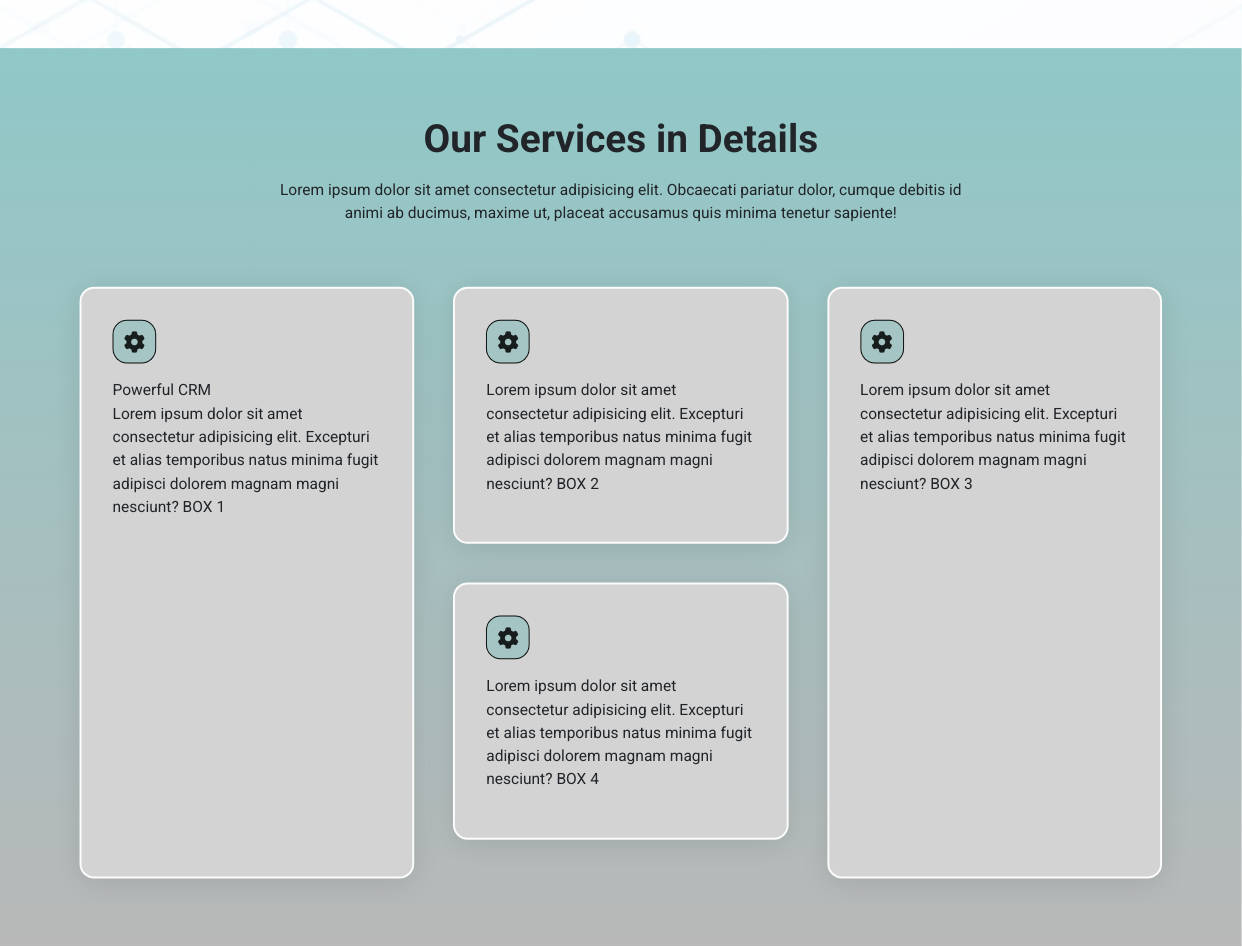
Repository: nazmulalok/landing-page-angelio
Page: index.html
The author's editor kept a copy of each file at every save. The page is drawn from the files as they stood at one save, then again after the next save.
The browser window is 1280 px wide. The pictures show the part of the page from y = 2012 to 2988 px (the page is 2988 px tall), at 97% of full size.
A picture or video elsewhere on the page could not be fetched, so the positions and the page height are approximate.

Above is the page before, as saved 2022-09-18 21:01:16.

### index.html
<!DOCTYPE html>
<html lang="en">

    <head>
        <meta charset="UTF-8">
        <meta http-equiv="X-UA-Compatible" content="IE=edge">
        <meta name="viewport" content="width=device-width, initial-scale=1.0">
        <title>Landing Page</title>
        <link rel="preconnect" href="https://fonts.googleapis.com">
        <link rel="preconnect" href="https://fonts.gstatic.com" crossorigin>
        <link rel="stylesheet" href="https://cdnjs.cloudflare.com/ajax/libs/font-awesome/6.2.0/css/all.min.css"
            integrity="sha512-xh6O/CkQoPOWDdYTDqeRdPCVd1SpvCA9XXcUnZS2FmJNp1coAFzvtCN9BmamE+4aHK8yyUHUSCcJHgXloTyT2A=="
            crossorigin="anonymous" referrerpolicy="no-referrer" />
        <link
            href="https://fonts.googleapis.com/css2?family=Roboto:ital,wght@0,300;0,400;0,500;0,700;0,900;1,300;1,400;1,500;1,700;1,900&display=swap"
            rel="stylesheet">
        <link href="https://cdn.jsdelivr.net/npm/bootstrap@5.2.0/dist/css/bootstrap.min.css" rel="stylesheet"
            integrity="sha384-gH2yIJqKdNHPEq0n4Mqa/HGKIhSkIHeL5AyhkYV8i59U5AR6csBvApHHNl/vI1Bx" crossorigin="anonymous">
        <link rel="stylesheet" href="style.css">
    </head>

    <body>
        <header>
            <nav>
                <div class="container">
                    <div class="row align-items-center">
                        <div class="col-lg-3">
                            <div class="logo">
                                <a href="/"><img src="images/angelio-logo.png" alt="Angelio Logo" width="250"
                                        height="66"></a>
                            </div>
                        </div>
                        <div class="col-lg-9 d-flex justify-content-end">
                            <ul>
                                <li><a href="/">Home</a></li>
                                <li><a href="/services.html">Services</a></li>
                                <li><a href="/about-us.html">About Us</a></li>
                                <li><a href="/contact.html">Contact</a></li>
                                <li class="nav-cta"><a href="tel:000-000-0000">Call Us</a></li>
                            </ul>
                        </div>
                    </div>
                </div>
            </nav>
        </header>
        <section class="sec-padding banner-sec">
            <div class="container">
                <div class="row align-items-center">
                    <div class="col-lg-7 order-lg-last">
                        <img src="images/angelio-digital-marketing.png" alt="">
                    </div>
                    <div class="col-lg-5">
                        <div class="large-heading">We Work in <span class="color-text">Digital</span> Way</div>
                        <p>Lorem, ipsum dolor sit amet consectetur adipisicing elit. Necessitatibus fuga alias deleniti
                            veniam at aspernatur.</p>
                        <div class="d-flex align-items-center mt-5"><a href="/contact-us" class="main-btn me-5">Get
                                Estimate</a>
                            <a href="/contact-us" class="play-btn"><i class="fas fa-play me-3"></i>Request Demo</a>
                        </div>
                    </div>
                </div>
            </div>
        </section>
        <section class="sec-padding">
            <div class="container">
                <div class="row justify-content-center">
                    <div class="col-md-8">
                        <div class="text-center">
                            <h1>
                                Our Best Digital Marketing Service
                            </h1>
                            <p>Lorem ipsum, dolor sit amet consectetur adipisicing elit. Placeat sunt
                                libero
                                tempore? Sed obcaecati a voluptate voluptates nam. Expedita, incidunt?</p>
                        </div>
                    </div>
                </div>
                <div class="row align-items-center mt-5">
                    <div class="col-lg-3">
                        <div class="service-box">
                            <div class="service-icon">
                                <img src="images/content-marketing.png" alt="Content Marketing">
                            </div>
                            <div class="service-content">
                                <a href="#">Content Marketing</a>
                                <p>Lorem ipsum dolor sit amet consectetur adipisicing elit. Fugiat, earum!</p>
                            </div>
                        </div>
                    </div>
                    <div class="col-lg-3">
                        <div class="service-box">
                            <div class="service-icon">
                                <img src="images/social-marketing.png" alt="Social Marketing">
                            </div>
                            <div class="service-content">
                                <a href="#">Social Marketing</a>
                                <p>Lorem ipsum dolor sit amet consectetur adipisicing elit. Fugiat, earum!</p>
                            </div>
                        </div>
                    </div>
                    <div class="col-lg-3">
                        <div class="service-box">
                            <div class="service-icon">
                                <img src="images/email-marketing.png" alt="Email Marketing">
                            </div>
                            <div class="service-content">
                                <a href="#">Email Marketing</a>
                                <p>Lorem ipsum dolor sit amet consectetur adipisicing elit. Fugiat, earum!</p>
                            </div>
                        </div>
                    </div>
                    <div class="col-lg-3">
                        <div class="service-box">
                            <div class="service-icon">
                                <img src="images/web-marketing.png" alt="Web Marketing">
                            </div>
                            <div class="service-content">
                                <a href="#">Web Marketing</a>
                                <p>Lorem ipsum dolor sit amet consectetur adipisicing elit. Fugiat, earum!</p>
                            </div>
                        </div>
                    </div>
                </div>
            </div>
        </section>
        <section class="sec-padding why-choose-sec">
            <div class="container">
                <div class="row align-items-center">
                    <div class="col-lg-6">
                        <div class="image-holder">
                            <img src="images/why-choose.jpg" alt="Why Choose Angelio">
                        </div>
                    </div>
                    <div class="col-lg-6">
                        <span class="arrow-text">Why Choose Us</span>
                        <h2>Why Working With <span class="color-text">ANGELIO</span>?</h2>
                        <p class="grey-color">Lorem ipsum dolor sit amet consectetur adipisicing elit. Quisquam
                            perspiciatis cupiditate atque ad labore laudantium ab hic, quaerat voluptas repellendus
                            aliquam. Maxime et recusandae nostrum cum labore, sint obcaecati doloremque.</p>
                        <div class="content-box d-flex align-items-center p-2 mb-3">
                            <img src="images/quality-lead.png" alt="Quality Lead">
                            <div class="ms-4">
                                <div class="content-heading">Quality Lead Generation</div>
                                <p class="grey-color mb-0">Lorem ipsum dolor sit amet consectetur adipisicing elit. Vel,
                                    distinctio
                                    delectus.
                                    Dicta distinctio obcaecati voluptatum.</p>
                            </div>
                        </div>
                        <div class="content-box d-flex align-items-center p-2 mb-3">
                            <img src="images/custom-web-design.png" alt="Custom Web Design">
                            <div class="ms-4">
                                <div class="content-heading">Custom Web Design</div>
                                <p class="grey-color mb-0">Lorem ipsum dolor sit amet consectetur adipisicing elit. Vel,
                                    distinctio
                                    delectus.
                                    Dicta distinctio obcaecati voluptatum.</p>
                            </div>
                        </div>
                        <div class="content-box d-flex align-items-center p-2 mb-3">
                            <img src="images/affordable-project-price.png" alt="Affordable Project Price">
                            <div class="ms-4">
                                <div class="content-heading">Affordable Project Price</div>
                                <p class="grey-color mb-0">Lorem ipsum dolor sit amet consectetur adipisicing elit. Vel,
                                    distinctio
                                    delectus.
                                    Dicta distinctio obcaecati voluptatum.</p>
                            </div>
                        </div>
                    </div>
                </div>
            </div>
        </section>
        <section class="sec-padding service-details-sec">
            <div class="container">
                <div class="row justify-content-center mb-5">
                    <div class="col-md-8">
                        <div class="text-center">
                            <h2>Our Services in Details</h2>
                            <p>Lorem ipsum dolor sit amet consectetur adipisicing elit. Obcaecati pariatur dolor, cumque
                                debitis id animi ab ducimus, maxime ut, placeat accusamus quis minima tenetur sapiente!
                            </p>
                        </div>
                    </div>
                </div>
                <div class="service-details-grid">
                    <div class="service-details-box main-service-card">
                        <div class="service-details-icon mb-3">
                            <i class="fa fa-cog" aria-hidden="true"></i>
                        </div>
                        <div class="details-title">
                            Powerful CRM
                        </div>
                        <p>Lorem ipsum dolor sit amet consectetur adipisicing elit. Excepturi et alias temporibus natus
                            minima fugit adipisci dolorem magnam magni nesciunt? BOX 1</p>
                    </div>
                    <div class="service-details-box">
                        <div class="service-details-icon mb-3">
                            <i class="fa fa-cog" aria-hidden="true"></i>
                        </div>
                        <p>Lorem ipsum dolor sit amet consectetur adipisicing elit. Excepturi et alias temporibus natus
                            minima fugit adipisci dolorem magnam magni nesciunt? BOX 2</p>
                    </div>
                    <div class="service-details-box main-service-card">
                        <div class="service-details-icon mb-3">
                            <i class="fa fa-cog" aria-hidden="true"></i>
                        </div>
                        <p>Lorem ipsum dolor sit amet consectetur adipisicing elit. Excepturi et alias temporibus natus
                            minima fugit adipisci dolorem magnam magni nesciunt? BOX 3</p>
                    </div>
                    <div class="service-details-box">
                        <div class="service-details-icon mb-3">
                            <i class="fa fa-cog" aria-hidden="true"></i>
                        </div>
                        <p>Lorem ipsum dolor sit amet consectetur adipisicing elit. Excepturi et alias temporibus natus
                            minima fugit adipisci dolorem magnam magni nesciunt? BOX 4</p>
                    </div>
                </div>
            </div>
        </section>


        <script src="https://cdn.jsdelivr.net/npm/bootstrap@5.2.0/dist/js/bootstrap.bundle.min.js"
            integrity="sha384-A3rJD856KowSb7dwlZdYEkO39Gagi7vIsF0jrRAoQmDKKtQBHUuLZ9AsSv4jD4Xa"
            crossorigin="anonymous"></script>
    </body>

</html>

### style.css
:root {
    --primary-color: #52a9a9;
    --secondary-color: #000000;
    --third-color: #575757d6;
    --main-font: 'Roboto', sans-serif;
}

body {
    font-family: var(--main-font);
}

nav {
    padding: 10px 0px;
    box-shadow: 0 1px 1px 1px #14477e2b;
}

nav ul {
    list-style-type: none;
    display: flex;
    justify-content: flex-end;
    margin: 0;
    padding: 0;
    align-items: center;
    gap: 20%;
    white-space: nowrap;
}

nav ul li a {
    color: #080808;
    text-decoration: none;
    display: block;
    position: relative;
    font-weight: 500;
    font-size: 17px;
}

nav ul li a:hover {
    color: #52a9a9;
}

li.nav-cta a {
    background: #008080ad;
    padding: 15px 40px;
    color: #fff;
    border-radius: 20px 5px;
    transition: all 0.3s ease;
}

li.nav-cta a:hover {
    background: #000;
    color: #fff;
    border-radius: 5px 20px;
    transition: all 0.3s ease;
}

li.nav-cta a:before {
    content: "";
    width: 0%;
    height: 0px;
    position: absolute;
    left: 0;
    bottom: 0;
    transition: none;
    transform: none;
    background: none;
    transform-origin: 0%;
}

li.nav-cta a:hover:before {
    transform: none;
    transform-origin: 0%;
}

nav ul li a:before {
    content: "";
    width: 100%;
    height: 2px;
    position: absolute;
    left: 0;
    bottom: 0;
    transition: 0.4s transform ease;
    transform: scale3d(0, 1, 1);
    background: #52a9a9;
    transform-origin: 100% 50%;
}

nav ul li a:hover::before {
    transform: scale3d(1, 1, 1);
    transform-origin: 0 50%;
}

.sec-padding {
    padding: 70px 0px;
}

.banner-sec {
    background-image: linear-gradient(rgb(82 169 169 / 5%), rgb(82 169 169 / 10%));
    background-size: cover;
    background-position: center;
}

.banner-sec img {
    width: 100%;
}

.large-heading {
    font-size: 80px;
    color: #000;
    font-weight: 600;
    letter-spacing: 0.8px;
    line-height: normal;
    margin-bottom: 25px;
}

.banner-sec p {
    font-size: 18px;
}

.color-text {
    color: var(--primary-color);
}

a.main-btn {
    color: #fff;
    background: #52a9a9;
    padding: 15px 40px;
    font-weight: 500;
    font-size: 18px;
    text-decoration: none;
    border-radius: 20px 5px;
    transition: all 0.3s ease;
}

a.main-btn:hover {
    background: #000;
    color: #fff;
    border-radius: 5px 20px;
    transition: all 0.3s ease;
}

a.play-btn {
    display: inline-flex;
    align-items: center;
    justify-content: center;
    color: #000;
    text-decoration: none;
    font-weight: 500;
    font-size: 18px;
}

.play-btn .fa-play {
    width: 40px;
    height: 40px;
    color: #fff;
    font-size: 20px;
    background: #000;
    display: inline-flex;
    align-items: center;
    justify-content: center;
    border-radius: 50%;
    transition: all 0.3s ease;
}

.play-btn:hover i {
    background: var(--primary-color);
}

/* Headings */

h1 {
    font-size: 44px;
}

h2 {
    font-size: 40px;
}

h3 {
    font-size: 36px;
}

h4 {
    font-size: 32px;
}

h5 {
    font-size: 28px;
}

h6 {
    font-size: 24px;
}

h1,
h2,
h3,
h4,
h5,
h6 {
    margin-bottom: 1rem;
    font-weight: 700;
}

/* Service Box */

.service-box {
    position: relative;
    background: rgb(197 214 214 / 20%);
    padding: 40px 30px;
    box-shadow: 0px -6px 10px white, 0px 4px 15px rgb(0 0 0 / 27%);
    border: 1px solid #00000030;
    border-radius: 5px;
}

.service-box:after {
    position: absolute;
    content: "";
    height: 20%;
    width: 20%;
    bottom: 5px;
    right: 5px;
    border-bottom-right-radius: 5px;
    border-bottom: 5px solid var(--primary-color);
    border-right: 5px solid var(--primary-color);
    transition: all 1s ease;
}

.service-box:hover:after {
    height: 30%;
    width: 30%;
    bottom: 5px;
    right: 5px;
    border-bottom-right-radius: 5px;
    border-bottom: 5px solid var(--primary-color);
    border-right: 5px solid var(--primary-color);
    transition: all 1s ease;
}

.service-box .service-icon {
    width: 80px;
    height: 80px;
    margin-bottom: 10px;
}

.service-box .service-icon img {
    width: 65px;
}

.service-box .service-content a {
    display: inline-block;
    color: #000;
    font-size: 20px;
    font-weight: 600;
    text-decoration: none;
    margin-bottom: 8px;
}

.service-box:hover .service-content a {
    color: var(--primary-color);
}

.service-box .service-content p {
    color: var(--third-color);
}

/* Why Choose Section */

.why-choose-sec {
    background-image: linear-gradient(to right, rgb(255 255 255 / 75%), rgb(255 255 255 / 75%)), url(/images/why-choose-bg.jpg);
    background-repeat: no-repeat;
    background-size: cover;
}

span.arrow-text {
    display: inline-block;
    font-size: 25px;
    color: var(--primary-color);
    font-weight: 600;
    margin-bottom: 5px;
    position: relative;
    padding-left: 50px;
}

span.arrow-text:before {
    content: "";
    background: url(images/right-arrow.png);
    width: 35px;
    height: 35px;
    background-size: cover;
    top: 2px;
    left: 0px;
    position: absolute;
}

.grey-color {
    color: var(--third-color);
}

.content-box {
    border: 1px solid var(--primary-color);
    border-radius: 5px;
    box-shadow: 0px -6px 10px white, 0px 4px 15px rgb(0 0 0 / 27%);
    background: #fff;
}

.content-box img {
    width: 80px;
    border: 1px solid var(--primary-color);
    padding: 5px;
    border-radius: 5px;
}

.content-box .content-heading {
    font-size: 22px;
    color: var(--primary-color);
    font-weight: 500;
    margin-bottom: 5px;
}

/* Image Holder */

.image-holder {
    transition: all 0.3s ease;
    text-align: center;
}

.image-holder img {
    border-radius: 5px;
    max-width: 100%;
}

/* Service Details Box */

.service-details-sec {
    background-image: linear-gradient(rgb(82 169 169 / 64%), rgb(1 1 1 / 28%));
}

.service-details-grid {
    display: grid;
    width: 100%;
    grid-auto-columns: 1fr;
    grid-gap: 40px;
    grid-template-columns: 1fr 1fr 1fr;
    grid-template-rows: auto auto;
    /* -webkit-transition: all 0.3s ease-in-out; */
    transition: all 0.3s ease-in-out;
}

.service-details-box {
    padding: 2rem;
    background: lightgray;
    border-radius: 15px;
    box-shadow: 0 4px 30px rgb(0 0 0 / 10%);
    border: 2px solid rgb(255 255 255 / 94%);
}

.main-service-card {
    grid-row-end: span 3;
}

.service-details-icon i {
    width: 45px;
    height: 45px;
    font-size: 22px;
    background: #52a9a959;
    display: flex;
    justify-content: center;
    align-items: center;
    border: 1px solid rgb(0 0 0 / 94%);
    border-radius: 15px;
    color: #000000db;
}

After the next save:
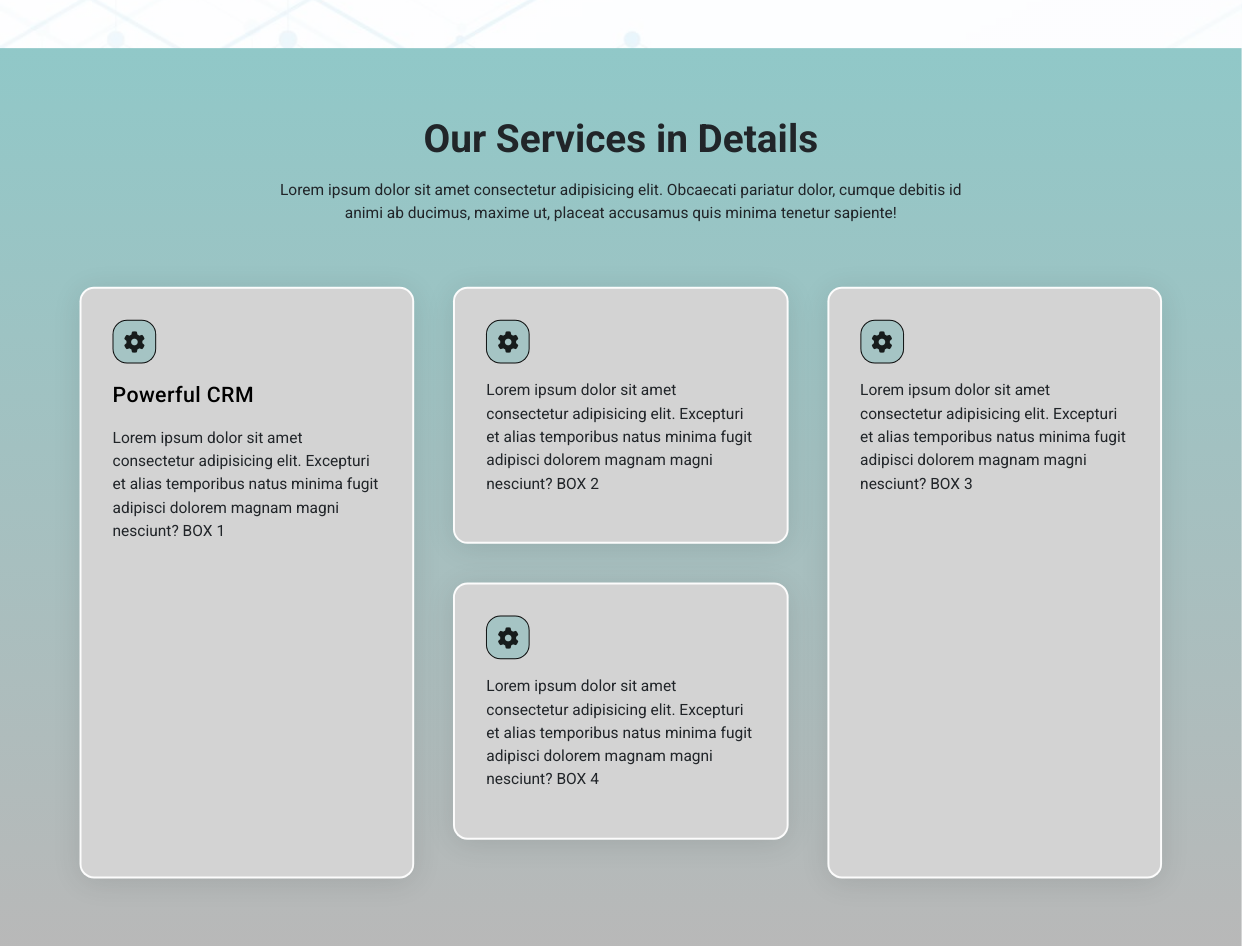
Saved 40 min 3 s later.
--- a/style.css
+++ b/style.css
@@ -370,3 +370,11 @@ span.arrow-text:before {
     border-radius: 15px;
     color: #000000db;
 }
+
+.service-details-box .details-title {
+    font-size: 22px;
+    font-weight: 500;
+    letter-spacing: 0.4px;
+    margin-bottom: 1rem;
+    color: #000;
+}
